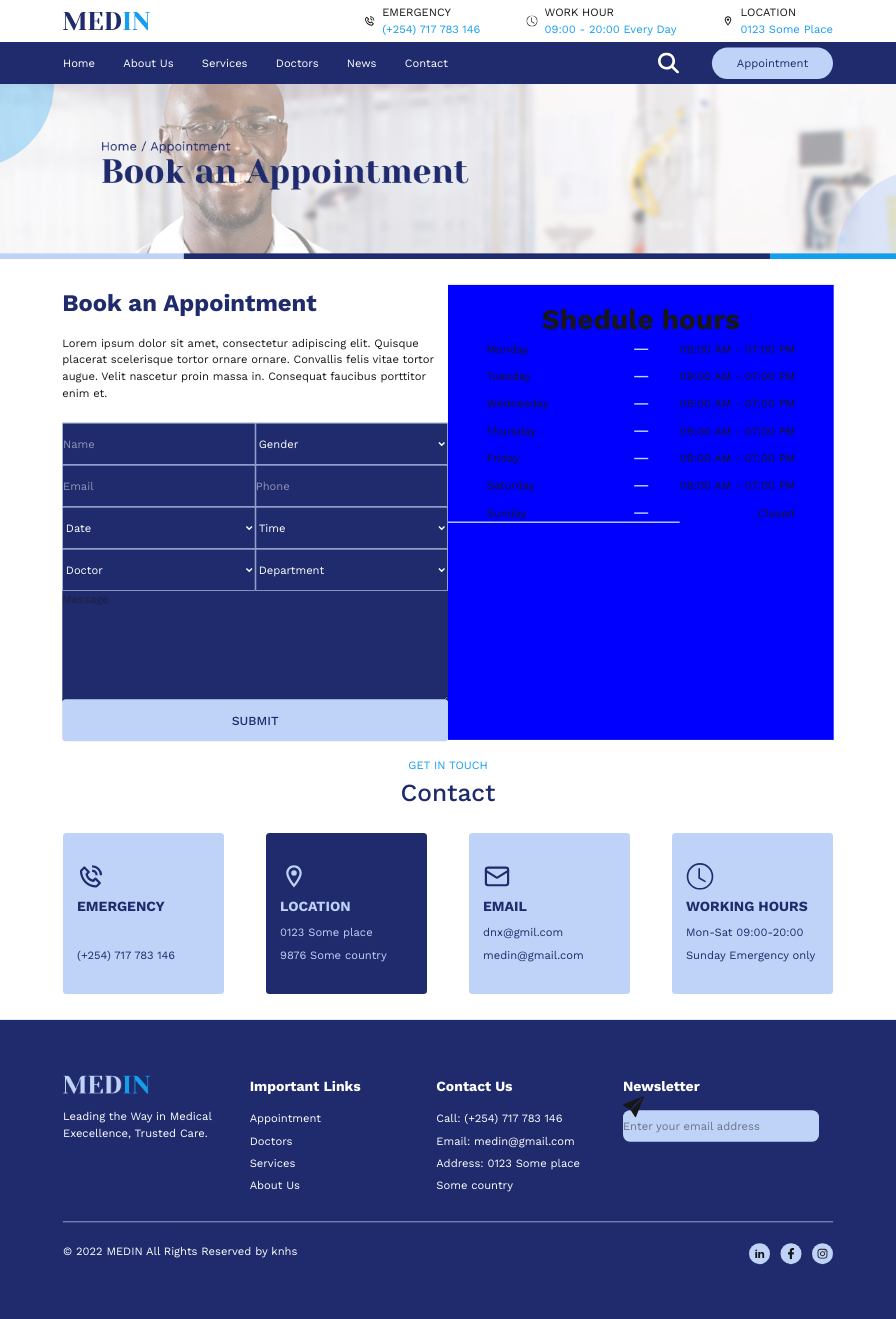
Repository: SynHK3/Poc_Hospital
Page: /appointment (app in fe_hospital/)
These files come from the project's save history. The page is drawn as it stood at one moment and after a run of saves; the edit follows.
The browser window is 1280 px wide. The pictures show the whole page, at 70% of full size.
The project was rebuilt for these pictures with package versions that can differ from the ones it lists, and the page was loaded fresh each time. The framework's server and built-in components were replaced by stand-ins that run in the browser. Also part of the build but not shown: fe_hospital/next.config.ts.

Above is the page before, as saved 2025-09-02 22:44:27.

### fe_hospital/src/app/layout.tsx
import type { Metadata } from "next";
import { Geist, Geist_Mono, Work_Sans } from "next/font/google";
import "./globals.css";

const geistSans = Geist({
  variable: "--font-geist-sans",
  subsets: ["latin"],
});

const geistMono = Geist_Mono({
  variable: "--font-geist-mono",
  subsets: ["latin"],
});

const workSans = Work_Sans({
  subsets: ["latin"],
  weight: ["400", "500", "600", "700"], // chọn các weight cần
});

export const metadata: Metadata = {
  title: "Create Next App",
  description: "Generated by create next app",
};

export default function RootLayout({
  children,
}: Readonly<{
  children: React.ReactNode;
}>) {
  return (
    <html lang="en">
      <body
        className={`${workSans.className} ${geistMono.variable} antialiased`}
      >
        {children}
      </body>
    </html>
  );
}

### fe_hospital/src/app/appointment/page.tsx
import Header from "@/components/header/header";
import "./appointment.css";
import Contact from "@/components/contact/contact";
import Footer from "@/components/footer/footer";
import Image from "next/image";
import ContentHeaderAppointMent from "./images/Content__Header__Appointment.png";

export default function Appointment() {
  return (
    <div>
      <Header></Header>
      <div className="container__content--appointment">
        <div className="content__banner--appointment"></div>

        <div className="content--form--appointment">
          <div className="layout__content--submit--form--appointment">
            {/* Start Form Book Appointment */}
            <div className="container__form--submit--appointment">
              <h1 className="form__title">Book an Appointment</h1>
              <p className="form__description">
                Lorem ipsum dolor sit amet, consectetur adipiscing elit. Quisque
                placerat scelerisque tortor ornare ornare. Convallis felis vitae
                tortor augue. Velit nascetur proin massa in. Consequat faucibus
                porttitor enim et.
              </p>
              <form className="form__appointment">
                <div className="form__group">
                  <input
                    type="text"
                    placeholder="Name"
                    className="form__input form__input--half"
                  />
                  <select className="form__select form__select--half">
                    <option>Gender</option>
                  </select>
                </div>
                <div className="form__group">
                  <input
                    type="email"
                    placeholder="Email"
                    className="form__input form__input--half"
                  />
                  <input
                    type="tel"
                    placeholder="Phone"
                    className="form__input form__input--half"
                  />
                </div>
                <div className="form__group">
                  <select className="form__select form__select--half">
                    <option>Date</option>
                  </select>
                  <select className="form__select form__select--half">
                    <option>Time</option>
                  </select>
                </div>
                <div className="form__group">
                  <select className="form__select form__select--half">
                    <option>Doctor</option>
                  </select>
                  <select className="form__select form__select--half">
                    <option>Department</option>
                  </select>
                </div>
                <textarea
                  placeholder="Message"
                  className="form__textarea"
                ></textarea>
                <button type="submit" className="btn__submit--appointment">
                  SUBMIT
                </button>
                {/* End Form Book Appointment */}
              </form>
            </div>

            {/* Start Shedule Appoinment */}
            <div className="container__shedule--appointment">
              <h2 className="shedule__title">Shedule hours</h2>
              <ul className="shedule__list">
                <li className="shedule__item">
                  <span className="day">Monday</span>
                  <span className="line--day--time"></span>
                  <span className="time">09:00 AM - 07:00 PM</span>
                </li>
                <li className="shedule__item">
                  <span className="day">Tuesday</span>
                  <span className="line--day--time"></span>
                  <span className="time">09:00 AM - 07:00 PM</span>
                </li>
                <li className="shedule__item">
                  <span className="day">Wednesday</span>
                  <span className="line--day--time"></span>
                  <span className="time">09:00 AM - 07:00 PM</span>
                </li>
                <li className="shedule__item">
                  <span className="day">Thursday</span>
                  <span className="line--day--time"></span>
                  <span className="time">09:00 AM - 07:00 PM</span>
                </li>
                <li className="shedule__item">
                  <span className="day">Friday</span>
                  <span className="line--day--time"></span>
                  <span className="time">09:00 AM - 07:00 PM</span>
                </li>
                <li className="shedule__item">
                  <span className="day">Saturday</span>
                  <span className="line--day--time"></span>
                  <span className="time">09:00 AM - 07:00 PM</span>
                </li>
                <li className="shedule__item">
                  <span className="day">Sunday</span>
                  <span className="line--day--time"></span>
                  <span className="time">Closed</span>
                </li>
              </ul>

              <div className="shedule__line"></div>

              <div className="shedule__info--contact">

              </div>

              {/* End Schedule Hours */}
            </div>
          </div>
        </div>
      </div>
      <Contact></Contact>
      <Footer></Footer>
    </div>
  );
}

### fe_hospital/src/components/header/header.tsx
import Logo from "../../images/Logo.svg";
import Image from "next/image";
import { BiPhoneCall } from "react-icons/bi";
import { FaMagnifyingGlass } from "react-icons/fa6";
import { BsClock } from "react-icons/bs";
import { MdOutlineLocationOn } from "react-icons/md";
import "./header.css";

export default function Header() {
  return (
    <div className="container__header">
      <div className="header__layout">
        <div className="header__headline">
          <Image src={Logo} width={125} height={42} alt=""></Image>

          <div className="header__headline--info">
            <div className="header__headline--info--item">
              <BiPhoneCall className="icon__info--item"></BiPhoneCall>

              <div className="header__headline--info--desc">
                <h3>EMERGENCY</h3>
                <h5>(+254) 717 783 146</h5>
              </div>
            </div>

            <div className="header__headline--info--item">
              <BsClock className="icon__info--item"></BsClock>

              <div className="header__headline--info--desc">
                <h3>WORK HOUR</h3>
                <h5>09:00 - 20:00 Every Day</h5>
              </div>
            </div>

            <div className="header__headline--info--item">
              <MdOutlineLocationOn className="icon__info--item"></MdOutlineLocationOn>

              <div className="header__headline--info--desc">
                <h3>LOCATION</h3>
                <h5>0123 Some Place</h5>
              </div>
            </div>
          </div>
        </div>

        <div className="header__nav">
          <div className="layout__header--nav">
            <ul className="header__list--nav">
              <li>Home</li>
              <li>About Us</li>
              <li>Services</li>
              <li>Doctors</li>
              <li>News</li>
              <li>Contact</li>
            </ul>

            <div className="header__nav--appoinment">
              <FaMagnifyingGlass fontSize={30}></FaMagnifyingGlass>

              <button className="header__btn--appointment">Appointment</button>
            </div>
          </div>
        </div>
      </div>
    </div>
  );
}

### fe_hospital/src/app/appointment/appointment.css
.container__content--appointment {
  width: 100%;
  height: auto;
}

.content__banner--appointment {
  width: 100%;
  height: 250px;
  background-image: url("./images/Content__Header__Appointment.png");
  background-repeat: no-repeat;
  background-size: cover;
  background-position: center;
}

.content--form--appointment {
  display: flex;
  margin-top: 37px;
  width: 100%;
  height: 650px;

  align-items: center;
  justify-content: center;
}

.layout__content--submit--form--appointment {
  display: flex;
  width: 1102px;
  height: 650px;
}

/* CSS Form Appointment */

.container__form--submit--appointment {
  width: 50%;
  height: 650px;
}
.form__title {
  color: #1f2b6c;
  font-weight: bold;
  font-size: 34px;
}

.form__description {
  margin-top: 20px;
}

.form__appointment {
  margin-top: 30px;
}

.form__group {
  display: flex;
}

.form__input,
.form__select {
  width: 100%;
  height: 60px;
  background-color: #1f2b6c;
  border: 1px solid #bfd2f8;
  color: white;
  font-size: 1rem;
}

/* .form__select {
  appearance: none;
  background-image: url('data:[embedded picture, 232 characters]');
  background-repeat: no-repeat;
  background-position: right 15px center;
  background-size: 12px;
} */

.form__textarea {
  width: 100%;
  height: 158px;
  resize: vertical;
  background-color: #1f2b6c;
}

.btn__submit--appointment {
  margin-top: -10px;
  width: 100%;
  height: 60px;
  background-color: #bfd2f8;
  color: #1f2b6c;
  border-radius: 5px;
  font-size: 1.1rem;
  font-weight: 500;
  cursor: pointer;
}

/* End Form Appoint Ment */

/* Start Shedule Appoinment */

.container__shedule--appointment {
  width: 50%;
  height: 650px;
  background-color: blue;
}

.shedule__title {
  font-size: 2.5rem;
  font-weight: bold;
  margin-top: 20px;
  text-align: center;
}

.shedule__list {
  width: 80%;
  margin: 0 auto;
  display: flex;
  flex-direction: column;
  gap: 15px; /* khoảng cách giữa các item */
}

.shedule__item {
  display: flex;
  align-items: center;
}

.shedule__item .day {
  flex: 1;
  text-align: left;
}

.shedule__item .line--day--time {
  width: 20px; /* cố định 10px */
  height: 2px;
  background-color: #bfd2f8;
  margin: 0 8px;
}

.shedule__item .time {
  flex: 1;
  text-align: right;
}

.shedule__line {
  width: 331px;
  height: 2px;
  background-color: #bfd2f8;
}

/* End Shedule Appointment */

### fe_hospital/src/components/contact/contact.tsx
import "./contact.css";

import { BiPhoneCall } from "react-icons/bi";
import { MdOutlineLocationOn } from "react-icons/md";
import { LuMail } from "react-icons/lu";
import { BsClock } from "react-icons/bs";

export default function Contact() {
  return (
    <div className="container__contact">
      <div className="container__layout--contact">
        <div className="content__contact--headline">
          <h6>GET IN TOUCH</h6>
          <h1>Contact</h1>
        </div>

        <ul className="content__list--contact">
          <li>
            <div className="contact--item">
              <BiPhoneCall className="contact__item--icon"></BiPhoneCall>
              <h1>EMERGENCY</h1>

              <h3 style={{ visibility: "hidden" }}>dnx@gmil.com</h3>
              <p>(+254) 717 783 146</p>
            </div>
          </li>
          <li>
            <div className="contact--item">
              <MdOutlineLocationOn className="contact__item--icon"></MdOutlineLocationOn>
              <h1>LOCATION</h1>

              <p>0123 Some place</p>
              <p>9876 Some country</p>
            </div>
          </li>
          <li>
            <div className="contact--item">
              <LuMail className="contact__item--icon"></LuMail>
              <h1>EMAIL</h1>

              <p>dnx@gmil.com</p>
              <p>medin@gmail.com</p>
            </div>
          </li>
          <li>
            <div className="contact--item">
              <BsClock className="contact__item--icon"></BsClock>
              <h1 className="headline--item">WORKING HOURS</h1>

              <p>Mon-Sat 09:00-20:00</p>
              <p>Sunday Emergency only</p>
            </div>
          </li>
        </ul>
      </div>
    </div>
  );
}

### fe_hospital/src/components/footer/footer.tsx
import "./footer.css";
import { RiLinkedinFill } from "react-icons/ri";
import { FaFacebookF } from "react-icons/fa";
import { FaInstagram } from "react-icons/fa";
import Image from "next/image";
import LogoFooter from "../../images/Logo__Footer.png";
import { BsFillSendFill } from "react-icons/bs";

export default function Footer() {
  return (
    <div className="container__footer">
      <div className="container__layout--footer">
        <ul className="list__footer--item">
          <li>
            <div>
              <Image src={LogoFooter} width={125} height={42} alt=""></Image>
              <h1 className="headline__footer">
                Leading the Way in Medical Execellence, Trusted Care.
              </h1>
            </div>
          </li>
          <li>
            <div>
              <h1 className="footer--item--headline">Important Links</h1>
              <ul className="list--item--footer--link">
                <li>Appointment</li>
                <li>Doctors</li>
                <li>Services</li>
                <li>About Us</li>
              </ul>
            </div>
          </li>

          <li>
            <div>
              <h1 className="footer--item--headline">Contact Us</h1>
              <ul className="list--item--footer--contact">
                <li>Call: (+254) 717 783 146</li>
                <li>Email: medin@gmail.com</li>
                <li>Address: 0123 Some place</li>
                <li>Some country</li>
              </ul>
            </div>
          </li>
          <li>
            <div>
              <h1 className="footer--item--headline">Newsletter</h1>
              <div className="container__input--send--mail">
                <input
                  className="input__footer--send--mail"
                  placeholder="Enter your email address"
                ></input>

                <BsFillSendFill
                  className="footer__icon--send--mail"
                  fontSize={30}
                ></BsFillSendFill>
              </div>
            </div>
          </li>
        </ul>

        <div className="footer--line"></div>

        <div className="footer--link--social">
          <h3>© 2022 MEDIN All Rights Reserved by knhs</h3>

          <ul className="list--icon--link--social">
            <li>
              <RiLinkedinFill></RiLinkedinFill>
            </li>
            <li>
              <FaFacebookF></FaFacebookF>
            </li>
            <li>
              <FaInstagram></FaInstagram>
            </li>
          </ul>
        </div>
      </div>
    </div>
  );
}

### fe_hospital/src/components/header/header.css
.container__header {
  width: 100%;
  height: 120px;
}

.header__layout {
  display: flex;
  flex-direction: column;
  align-items: center;
  width: 100%;
}

.header__headline {
  display: flex;
  justify-content: space-between;
  width: 1100px;
  height: 60px;
}

.header__headline--info {
  width: 670px;
  display: flex;
  justify-content: space-between;
}

.header__headline--info--desc > h5 {
  color: #159eec;
}

.header__headline--info--item {
  height: 60px;
  display: flex;
  align-items: center;
}

.icon__info--item {
  font-size: 30;
  margin-right: 10px;
}

/* Header Nav */

.header__nav {
  display: flex;
  align-items: center;
  justify-content: center;
  width: 100%;
  height: 60px;
  background-color: #1f2b6c;
  color: white;
}

.layout__header--nav {
  display: flex;
  justify-content: space-between;
  align-items: center;
  width: 1100px;
  height: 60px;
}

.header__list--nav {
  width: 550px;
  display: flex;
  justify-content: space-between;
}

.header__nav--appoinment {
  width: 250px;
  height: 45px;
  display: flex;
  justify-content: space-between;
  align-items: center;
}

.header__btn--appointment {
  color: #1f2b6c;
  width: 173px;
  height: 45px;
  background-color: #bfd2f8;
  border-radius: 30px;
}

### fe_hospital/src/components/contact/contact.css
.container__contact {
  display: flex;
  width: 100%;
  height: 400px;
  justify-content: center;
}

.container__layout--contact {
  display: flex;
  flex-direction: column;
  justify-content: space-between;
  width: 1100px;
  height: 363px;
}

.content__contact--headline {
  display: flex;
  flex-direction: column;
  width: 100%;
  height: 127px;
  align-items: center;
  justify-content: center;
}

.content__list--contact {
  display: flex;
  justify-content: space-between;
  align-items: center;
}

.content__contact--headline > h1 {
  font-size: 35px;
  font-weight: 500;
  color: #1f2b6c;
}
.content__contact--headline > h6 {
  color: #159eec;
}

.content__list--contact > li {
  display: flex;
  align-items: center;
  width: 230px;
  height: 230px;
  background-color: #bfd2f8;
  border-radius: 5px;
}

.content__list--contact > li:nth-child(2) {
  background-color: #1f2b6c;
}

.content__list--contact > li:nth-child(2) > div > p,
.content__list--contact > li:nth-child(2) > div > h1,
.content__list--contact > li:nth-child(2) > div > .contact__item--icon {
  color: #bfd2f8;
}

.contact--item {
  margin-left: 20px;
  display: flex;
  flex-direction: column;
  justify-content: space-between;
  width: 126px;
  height: 145px;
}

.contact--item > h1 {
  width: 230px;
  font-size: 20px;
  font-weight: 700;
  color: #1f2b6c;
}

.contact--item > p {
  width: 230px;
  color: #1f2b6c;
}

.headline--item {
  width: 140px;
}

.contact__item--icon {
  width: 40px;
  height: 38px;
  color: #1f2b6c;
}

### fe_hospital/src/components/footer/footer.css
.container__footer {
  display: flex;
  width: 100%;
  height: 427px;
  justify-content: center;
  align-items: center;
  background-color: #1f2b6c;
}

.container__layout--footer {
  display: flex;
  flex-direction: column;
  justify-content: space-between;
  width: 1100px;
  height: 270px;
}

/* Footer Items  */
.list__footer--item {
  display: flex;
  justify-content: space-between;
  height: 179px;
}

.footer--item--headline {
  color: white;
  font-weight: 700;
  font-size: 20px;
}

.list__footer--item > li {
  width: 220px;
  height: 179px;
}

.list__footer--item > li:last-child {
  display: flex;
  width: 300px;
}

.headline__footer {
  width: 250px;
  color: white;
}

/* Input SEND MAIL */
.container__input--send--mail {
  position: relative;
  width: 280px;
  display: flex;
  justify-content: space-between;
}

.input__footer--send--mail {
  width: 300px;
  height: 45px;
  background-color: #bfd2f8;
  border-radius: 10px;
}

.footer__icon--send--mail {
  position: absolute;
  right: 10;
  margin-top: 27;
}

.headline__footer,
.list--item--footer--link,
.list--item--footer--contact,
.input__footer--send--mail {
  margin-top: 20px;
}

.list--item--footer--link,
.list--item--footer--contact {
  display: flex;
  flex-direction: column;
  justify-content: space-between;
  height: 120px;
  color: white;
}

/* Footer Line */

.footer--line {
  width: 100%;
  height: 1px;
  background-color: #bfd2f8;
}

.footer--link--social {
  justify-content: space-between;
  display: flex;
}

.footer--link--social > h3 {
  color: white;
}

.list--icon--link--social {
  display: flex;
  justify-content: space-between;
  width: 120px;
}

.list--icon--link--social > li {
  display: flex;
  align-items: center;
  justify-content: center;
  width: 30px;
  height: 30px;
  background-color: #bfd2f8;
  border-radius: 50%;
}

Loaded but not shown: fe_hospital/src/app/globals.css (common file)

After the next 2 saves:
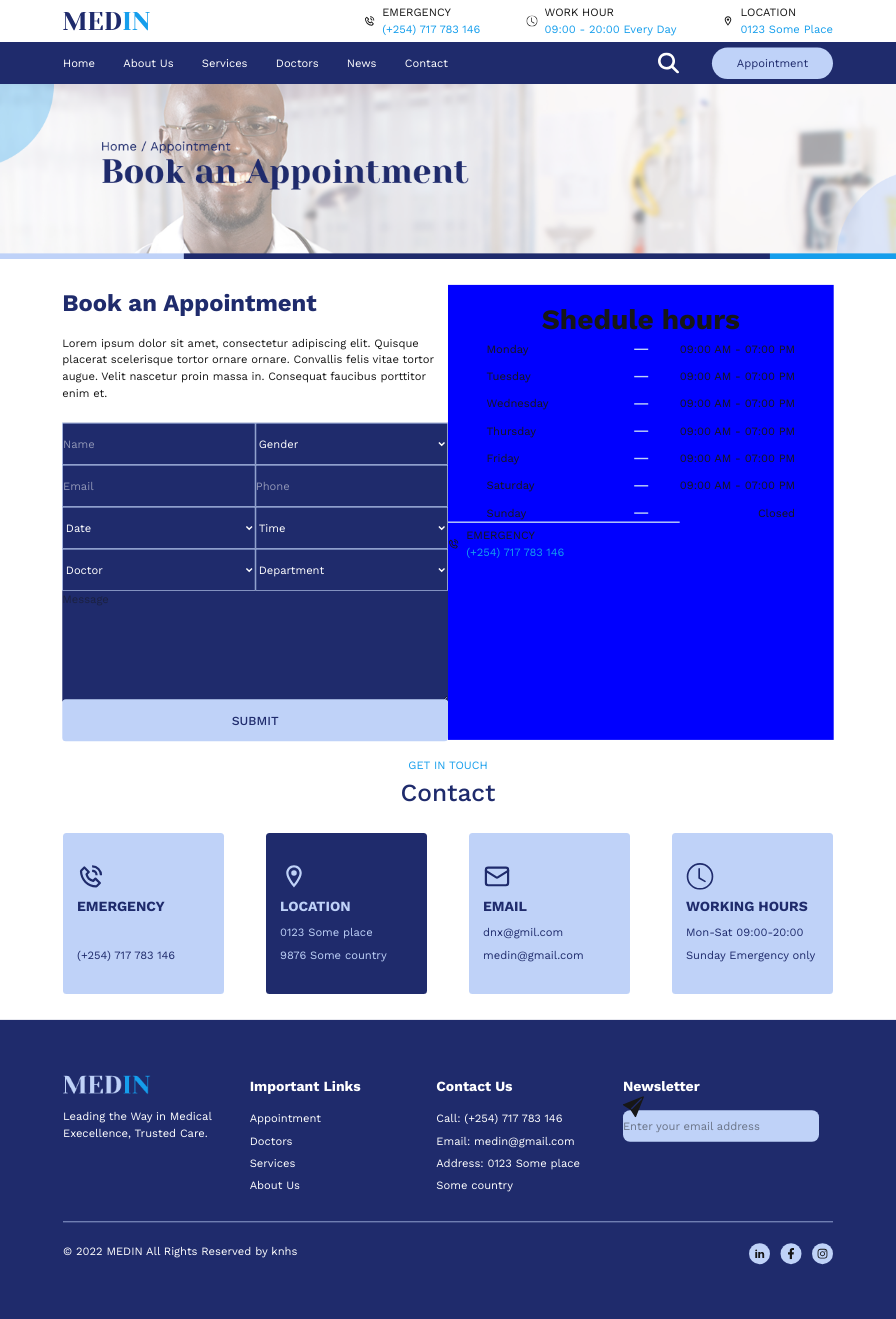
The 2 saves are shown as one change because 1 did not build or start.
The last was saved 2 min 29 s later.
--- a/fe_hospital/src/app/appointment/page.tsx
+++ b/fe_hospital/src/app/appointment/page.tsx
@@ -4,6 +4,7 @@ import Contact from "@/components/contact/contact";
 import Footer from "@/components/footer/footer";
 import Image from "next/image";
 import ContentHeaderAppointMent from "./images/Content__Header__Appointment.png";
+import { BiPhoneCall } from "react-icons/bi";
 
 export default function Appointment() {
   return (
@@ -117,7 +118,14 @@ export default function Appointment() {
               <div className="shedule__line"></div>
 
               <div className="shedule__info--contact">
+                <div className="header__headline--info--item">
+                  <BiPhoneCall className="icon__info--item"></BiPhoneCall>
 
+                  <div className="header__headline--info--desc">
+                    <h3>EMERGENCY</h3>
+                    <h5>(+254) 717 783 146</h5>
+                  </div>
+                </div>
               </div>
 
               {/* End Schedule Hours */}
